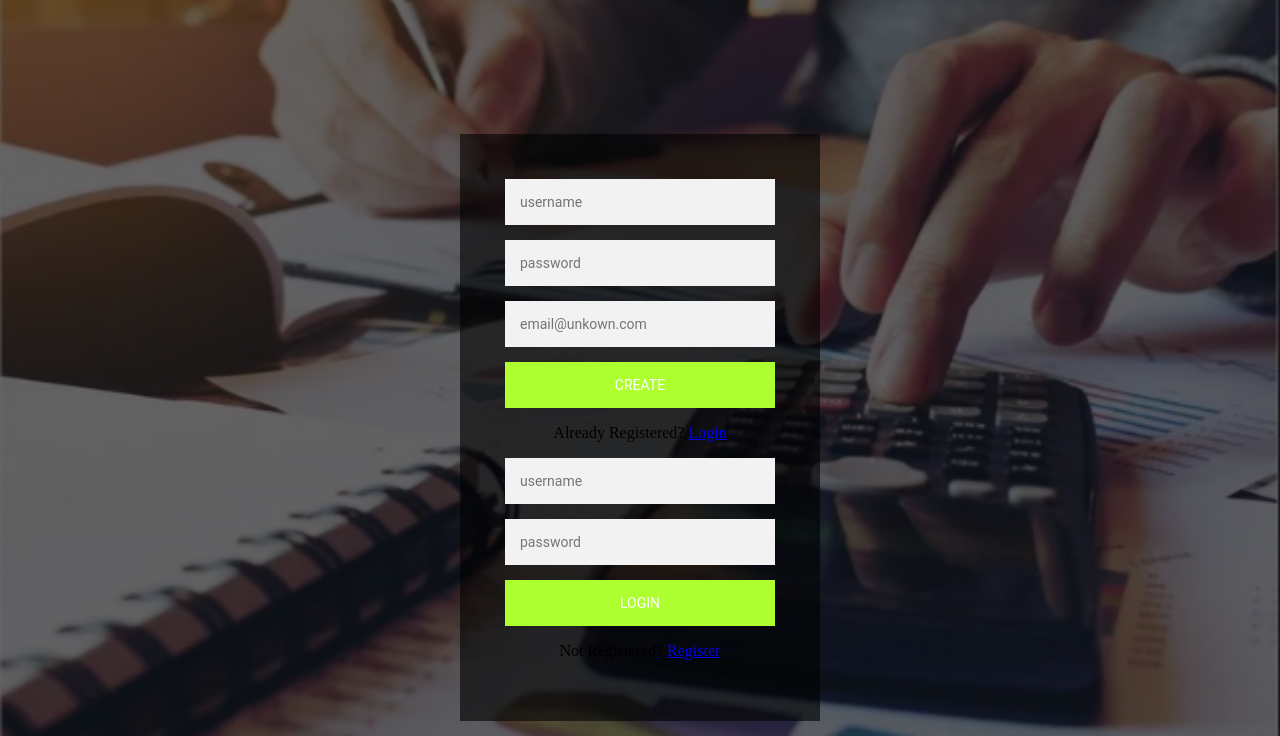
Repository: rambo1022/Project-1
Page: index.html
The author's editor kept a copy of each file at every save. The page is drawn from the files as they stood at one save, then again after the next save.
The browser window is 1280 px wide. The pictures show the whole page.
The pointer rests on the first visible `.form button`.

Above is the page before, as saved 2019-12-01 16:14:31.

After the next save:
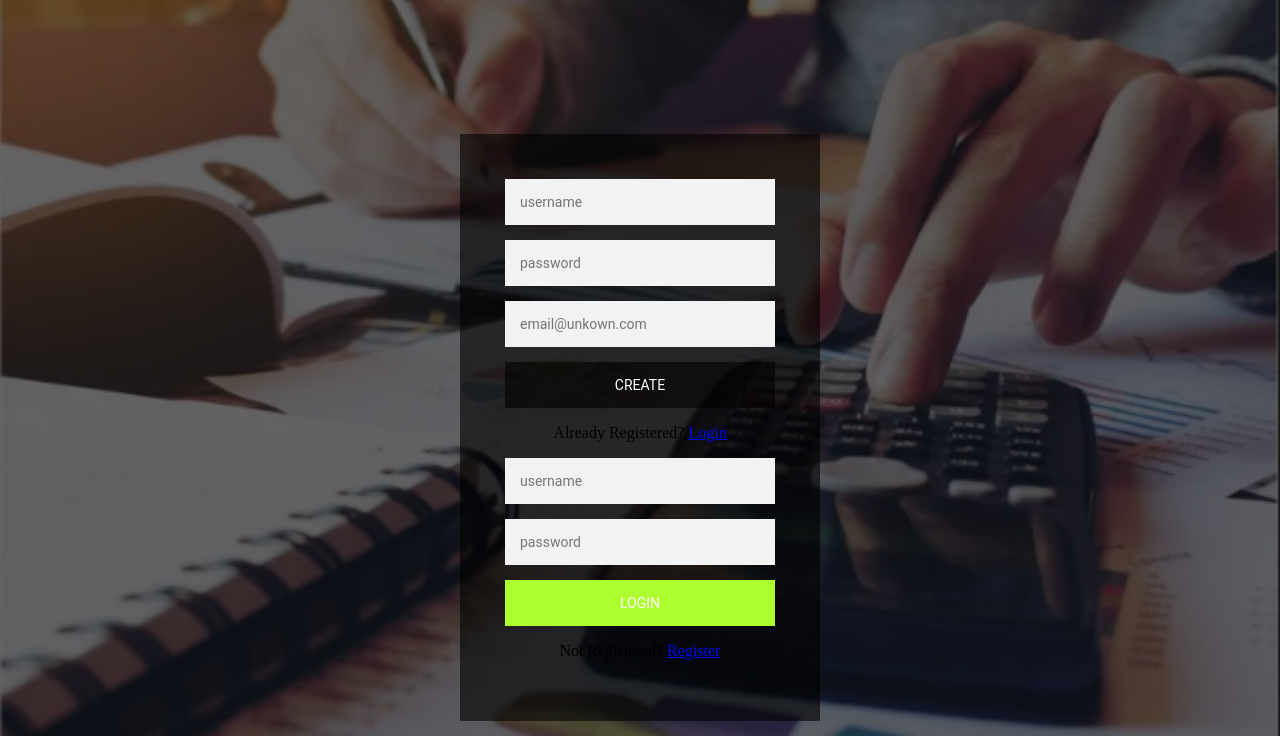
Saved 2 min 34 s later.
--- a/Sign-Up/signup.css
+++ b/Sign-Up/signup.css
@@ -53,3 +53,8 @@ body {
     cursor: pointer;
 
 }
+
+.form button:hover,.form button:active {
+    background: rgba(0,0,0,0.6);
+
+}
